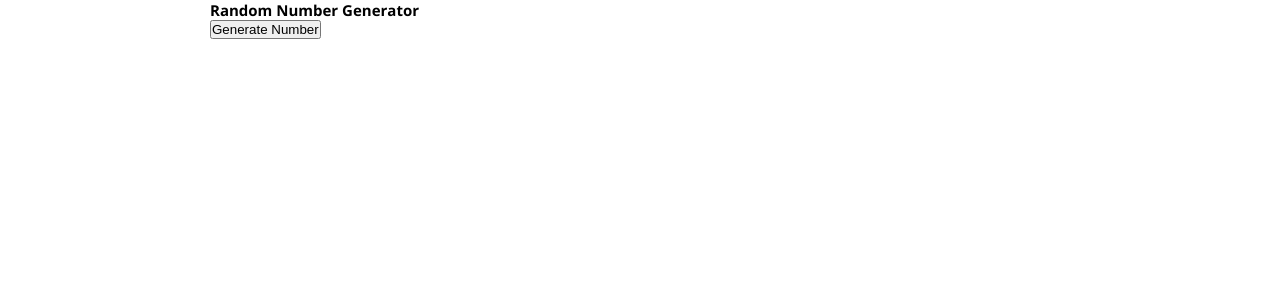
Repository: fakebrianho/100daysJS
Page: day002/index.html
An editor plug-in stored every save of this project. The page is shown before and after the next save, followed by the edit.
The browser window is 1280 px wide. The pictures show the whole page.
Some web libraries are served in a nearby version.

Above is the page before, as saved 2023-03-21 19:23:16.

### day002/index.html
<!DOCTYPE html>
<html lang="en">

<head>
  <meta charset="UTF-8" />
  <meta name="viewport" content="width=device-width, initial-scale=1.0" />
  <title>Document</title>
  <script src="https://kit.fontawesome.com/1935d064dd.js" crossorigin="anonymous"></script>
  <link rel="stylesheet" href="styles.css" />
</head>

<body>
  <main>
    <section class='container'>
      <h1 class='title'>Random Number Generator</h1>
      <div class='number'>
      </div>
      <div class='divider'></div>
      <button class='generate'>Generate Number</button>
    </section>
  </main>

  <script src="script.js"></script>
</body>

</html>

### day002/styles.css
@import url("https://fonts.googleapis.com/css2?family=Open+Sans:wght@300;400;600;700&display=swap");

:root {
  --white: #fff;
  --black: #1c2b2d;
  --blue: #31326f;
  --light-blue: #005490;
  --color-primary: #9d0191;
  --color-sec: #db6400;
  --grey: #eee;
  --dark-grey: #222831;
}

* {
  margin: 0;
  padding: 0;
  box-sizing: border-box;
}

html {
  font-size: 10px;
}

body {
  font-family: "Open Sans", sans-serif;
}

p {
  font-size: 1.6rem;
  line-height: 1.5;
}

img {
  width: 100%;
}

.container {
  max-width: 900px;
  margin: 0 auto;
  padding: 0 20px;
}

### day002/script.js
const generate = () => {
	const rng = document.querySelector('.generate')
	const number = document.querySelector('.number')
	rng.addEventListener('click', () => {
		number.innerHTML = Math.floor(Math.random() * 100)
	})
}

After the next save:
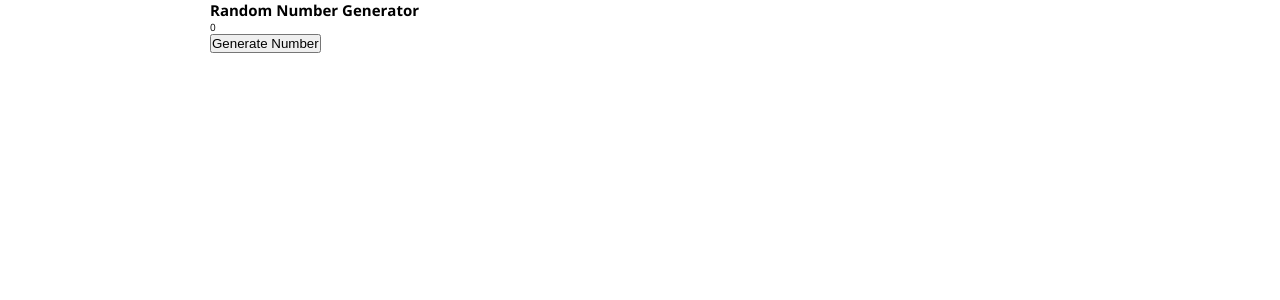
Saved 41 s later.
--- a/day002/index.html
+++ b/day002/index.html
@@ -13,7 +13,7 @@
   <main>
     <section class='container'>
       <h1 class='title'>Random Number Generator</h1>
-      <div class='number'>
+      <div class='number'>0
       </div>
       <div class='divider'></div>
       <button class='generate'>Generate Number</button>

After the 2 saves that followed:
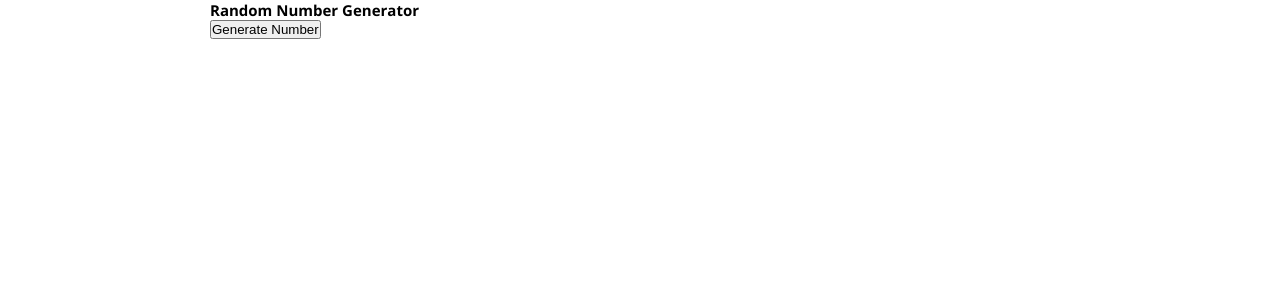
The 2 saves are shown as one change because 1 left the picture as it was.
The last was saved 13 s later.
--- a/day002/index.html
+++ b/day002/index.html
@@ -13,7 +13,7 @@
   <main>
     <section class='container'>
       <h1 class='title'>Random Number Generator</h1>
-      <div class='number'>0
+      <div class='number'>
       </div>
       <div class='divider'></div>
       <button class='generate'>Generate Number</button>
--- a/day002/script.js
+++ b/day002/script.js
@@ -5,3 +5,4 @@ const generate = () => {
 		number.innerHTML = Math.floor(Math.random() * 100)
 	})
 }
+generate()
